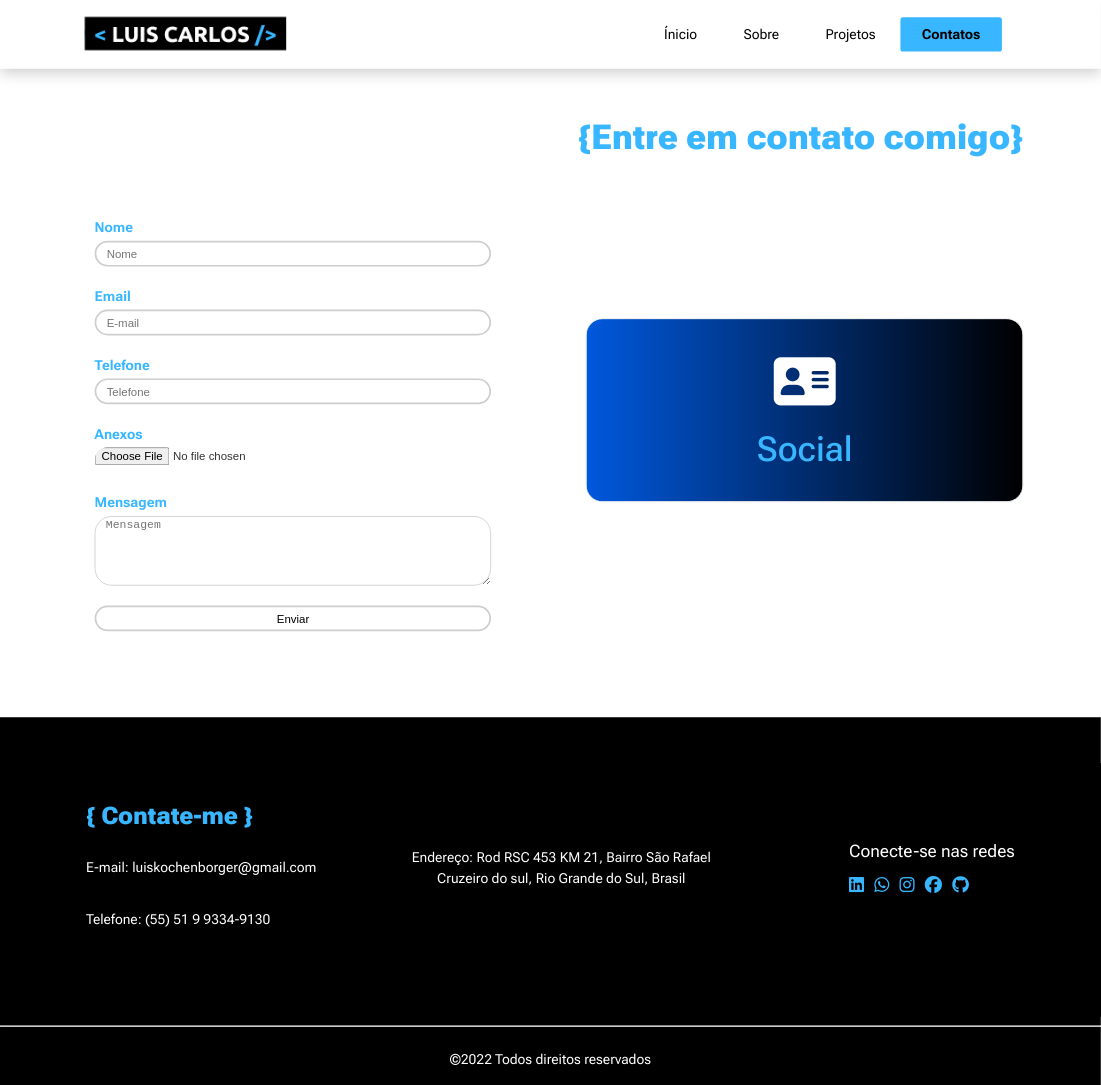
Repository: Iluiscarlos/SitePortifolio
Page: contacts.html
An editor plug-in stored every save of this project. The page is shown before and after the next save, followed by the edit.
The browser window is 1280 px wide. The pictures show the whole page, at 86% of full size.
Some web libraries are served in a nearby version.

Above is the page before, as saved 2022-05-25 17:22:28.

### contacts.html
<!DOCTYPE html>
<html lang="pt-BR">

<head>
    <meta charset="UTF-8">
    <meta name="viewport" content="width=device-width, initial-scale=1.0">
    <meta http-equiv="X-UA-Compatible" content="ie=edge">
    <title>Luís Carlos</title>
    <link rel="stylesheet" href="Styles/base/reset.css">
    <link rel="stylesheet" href="Styles/base/variables.css">
    <link rel="stylesheet" href="Styles/base/base.css">
    <link rel="stylesheet" href="Styles/layout/header.css">
    <link rel="stylesheet" href="Styles/layout/about.css">
    <link rel="stylesheet" href="Styles/layout/footer.css">
    <link rel="stylesheet" href="Styles/layout/contacts.css">
    <link rel="stylesheet" href="Styles/components/icon.css">
    <script src="https://kit.fontawesome.com/2c48374459.js" crossorigin="anonymous"></script>
    <link rel="preconnect" href="https://fonts.googleapis.com">
    <link rel="preconnect" href="https://fonts.gstatic.com" crossorigin>
    <link
        href="https://fonts.googleapis.com/css2?family=Roboto+Flex:opsz,wght@8..144,100;8..144,200;8..144,300;8..144,400;8..144,500;8..144,600;8..144,700;8..144,800;8..144,900&display=swap"
        rel="stylesheet">
</head>

<body>
    <header class="header">
        <div class="container">
        <img src="icons/logo.png" class="header__logo">
        <nav class="menu__item">
            <a href="index.html" class="menu__item">Ínicio</a>
            <a href="about.html" class="menu__item">Sobre</a>
            <a href="projects.html" class="menu__item">Projetos</a>
            <a href="contacts.html" target="_self" class=" menu__item menu__item--active">Contatos</a>
        </nav>
        </div>
    </header>
    <main class="container">
    <h1 class="about__tittle">{Entre em contato comigo}</h1>
    <section class="inbox">
        <div class="inbox__add">
        <form>
            <label for=name>Nome</label><br>
            <input class="form-item" type="text" id="name" name="name" placeholder="Nome">
            <br>
            <label for="email">Email</label><br>
            <input class="form-item" type="email" id="email" name="email" placeholder="E-mail">
            <br>
            <label for="phone">Telefone</label><br>
            <input class="form-item" type="tel" id="phone" name="phone" placeholder="Telefone">
            <br>
            <label for="attachments">Anexos</label><br>
            <input class="form-item" type="file" id="attachments" name="attachments">
            <br>
            <label for="message">Mensagem</label><br>
            <textarea class="form-item" id="message" name="message" rows="5" placeholder="Mensagem"></textarea>
            <input class="form-item" type="submit" value="Enviar">
        </form>
        </div>
        <div class="social">
        <div class="icon__large">
            <i class="fa-solid fa-address-card"></i>
        </div>
        <h1 class="subtitle">Social</h1>
        </div>
    </section>
</main>
    <footer>
        <section class="andress">
            <div class="andress__contacts">
                <h1 class="andress__contacts-tittle">{ Contate-me }</h1>
                <a class="contacts" href="mailto:luiskochenborger@gmail.com">E-mail: luiskochenborger@gmail.com</a>
                <a class="contacts" href="tel:+55051993349130">Telefone: (55) 51 9 9334-9130</a>
            </div>
            <address class="andress__add">
                Endereço: Rod RSC 453 KM 21, Bairro São Rafael<br>
                Cruzeiro do sul, Rio Grande do Sul, Brasil
            </address>
            <div class="andress__rede">
                <h1 id="andress__rede">Conecte-se nas redes</h1>
                <br>
                <a class="icon__small" href="https://www.linkedin.com/in/luis-carlos-kochenborger" target="_blank"><i
                        class="fa-brands fa-linkedin"></i></a>
                <a class="icon__small" href="https://api.whatsapp.com/send?phone=5551993349130&text=Contate-me"
                    target="_blank"><i class="fa-brands fa-whatsapp"></i></a>
                <a class="icon__small" href="https://www.instagram.com/iluis.kochenborger/" target="_blank"><i
                        class="fa-brands fa-instagram"></i></a>
                <a class="icon__small" href="https://www.facebook.com/luiscarlos.kochenborger/" target="_blank"><i
                        class="fa-brands fa-facebook"></i></a>
                <a class="icon__small" href="https://github.com/Iluiscarlos" target="_blank"><i
                        class="fa-brands fa-github"></i></a>
            </div>
        </section>
        <hr>
            <span class="footer__copy">
                &copy;2022 Todos direitos reservados
            </span>
        </footer>
    </body>
    </html>
</body>
</html>

### Styles/base/variables.css
:root{
    --color-red: #F41B3B;
    --color-green: #1EBC99;
    --color-blue: #38b6ff;
    --color-blue1: #0058dd;
    --color-purple:#6b009d;
    --color-yellow: #F9CC0D;
    --color-white: #ffffff;
    --color-black: #000000;
    --color-black1: #333;
    --color-darken-gray: #363536;
    --color-light-gray: #807E81;
    --color-gray: #4f4e50;
    --color-fa: #fafafa;
    --color-ea: #eaeaea;
    --color-cece: #cecece;

--font-family-Roboto:"Roboto Flex", 'Sans serif';
--font-size-default: 16px;
--border-radius-default:3px;

--font-family-primary: var(--font-family-Roboto);
}

### Styles/base/base.css
body {
    font-family: var(--font-family-primary);
    font-size: var(--font-size-default);
    background-color:  var(--color-white);
    color: var(--color-black1);
}


.divisor{
    size: 1;
    width: 100%;
}

.container {
    width: 1100px;
    max-width: 100%;
    margin-left: auto;
    margin-right: auto;
    margin-bottom: 60px;
  }

### Styles/layout/header.css
.header{
    position: fixed;
    height: 80px;
    font-size: 16px;
    background-color: var(--color-white);
    box-shadow: 0 5px 1em #cecece;
    top: 0;
    left: 0;
    right: 0;
}

.header .container{
    display: flex;
    align-items: center;
    height: 100%;
}
.menu__item{
    display: inline-block;
    padding: 0 25px 0;
    text-decoration: none;
    /*border-right: 2px solid var(--color-blue);*/
    color: var(--color-black);
    margin-left: auto;
}

.menu__item--active{
    color: var(--color-black);
    display: inline-block;
    text-align: center;
    font-weight: bold;
    line-height: 40px;
    border-radius: 3px;
    background: var(--color-blue);
}

/*.menu__item:last-child{
    border-right: none;
}*/

.header__logo{
    width: 250px;
}


@media only screen and (max-width: 480px){
    .header{
    display: block;
    position: fixed;
    top: 60px;
    left: 0;
    right: 0;
    bottom: 0;
    background-color: pink;
    transform: translateX(-100%);

}


    .header__menu::-webkit-scrollbar{
        width: 0;
        height: 0;
    }

    .menu__item{
        display: block;
        margin: 20px 0;
    }

}

### Styles/layout/about.css
.about{
    display: flex;
}

.about__photo{
    width: 400px;
    height: 500px;
    padding-top: 280px;
    padding-right: 50px;
    vertical-align: middle;
    object-fit: cover;
}


.about__tittle{
    color: var(--color-blue);
    font-size: 40px;
    font-weight:900;
    padding-top: 140px;
    text-align: end;
}


.about__content{
    font-family: var(--font-family-primary);
    font-size: 18px;
    padding-top: 30px;
    text-align: justify;
    line-height: 1.25;
}


a{
    text-decoration: none;
}

.bold__blue{
    font-weight: bold;
    color: var(--color-blue);
}

.bold__black{
    font-weight: bold;
    color: var(--color-black);
}


.experience{
    display: flex;
    flex-direction: column;
}

.subtitle{
    color: var(--color-blue);
    font-size: 40px;
    font-weight:500;
    padding-top: 25px;
    text-align: center;
    vertical-align:top;
}

.experience__list{
    text-align: justify;
    font-size: 18px;
    font-weight: 400;
    line-height: 25px;
}

.experience__edu{
    text-align: justify;
    font-size: 18px;
    font-weight: 400;
    line-height: 25px;
}

### Styles/layout/footer.css
footer{
display: block;
background-color: var(--color-black);
}

.andress {
    display: flex;
    height: 350px;
    color: var(--color-white);
    align-items: center;
    justify-content: space-between;
    padding-left: 100px;
}


.andress__contacts{
    display: block;
    font-size: var(--font-size-default);
    line-height: 60px;
}

.andress__contacts-tittle{
    color: var(--color-blue);
    font-size: 28px;
    font-weight: 900;

}


.contacts{
    display: block;
    text-decoration: none;
    color: var(--color-white);
}

.andress__rede{
    display: block;
    font-size: 20px;
    padding-left: 150px;
    padding-right: 100px;
}

.andress__add{
    line-height: 25px;
    padding-left: 100px;
    text-align:center;
}


.footer__copy{
    display: flex;
    height: 60px;
    font-size: var(--font-size-default);
    color: var(--color-white);
    text-align: center;
    justify-content:center;
    align-items: center;
}

### Styles/layout/contacts.css
.inbox{
    display: flex;
    align-items: center;
}

.inbox__add{
    padding-top: 50px;
    width: 50%;
}

.form-item {
    width: 100%;
    min-height: 30px;
    margin-bottom: 20px;
    box-sizing: border-box;
    border-radius: 20px;
    border-style:solid;
    border-color: var(--color-cece);
}

.form__item textarea{
    border-style:solid;
    border-color: var(--color-black);
}
.form-item::placeholder{
    padding-left: 10px;
}

.form-item#attachments{
    border-style: none;
}

form{
   /* box-sizing: border-box;
    background-color: var(--color-fa);
    border: 1px solid var(--color-ea);*/
    padding: 20px;
    border-radius: 6px;
}


label{
    color: var(--color-blue);
    font-weight: bold;
    width: 500px;
    line-height: 30px;

}


input{
    background-color: var(--color-white);
}


.social{
    text-align: center;
    width: 50%;
    box-sizing: border-box;
    padding: 40px;
    margin-left: 90px;
    background-image: linear-gradient(to right, var(--color-blue1), var(--color-black));
    border: 1px solid var(--color-ea);
    border-radius: 20px;
}

.buttom{
    width:40%;
    height:40px;
    font-size: 16px;
    color: var(--color-black);
    background-color: var(--color-blue);
    border-radius:10px;
    margin-top: 20px;
    border-style: none;
    text-decoration: none;
}

### Styles/components/icon.css
.icon__large{
    font-size: 4em;
    color: var(--color-blue1);
    text-align: center;
}

.icon__large:last-child{
    text-align: end;
}

.social .icon__large{
    color: var(--color-white);
}

.icon__medium{
    text-decoration: none;
    font-size: 2em;
    color: var(--color-white);
    letter-spacing: 15px;
}

.icon__small{
    text-decoration: none;
    text-align: end;
    font-size: 1em;
    color: var(--color-blue);
    letter-spacing: 7px;
}

.icon__small i:hover{
    transform: translateX(1px) rotate(10deg) translateY(0.3px) scale(1.2);
    transition-duration: 1000ms;
}

.icon__medium i:hover{
    transform: translateX(1px) rotate(10deg) translateY(0.3px) scale(1.2);
    transition-duration: 1000ms;
}

Loaded but not shown: Styles/base/reset.css (common file)

After the next save:
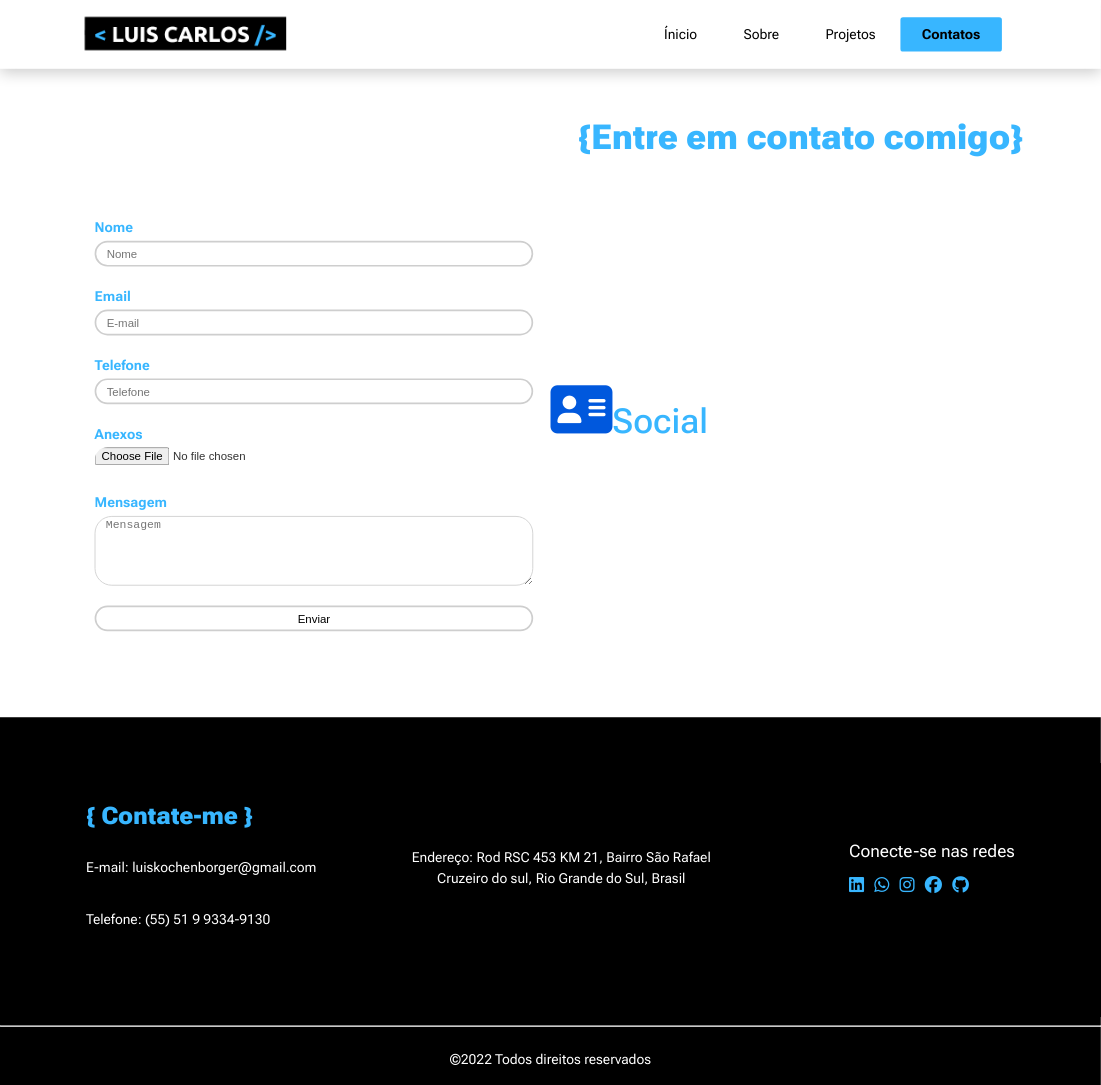
Saved 106 s later.
--- a/contacts.html
+++ b/contacts.html
@@ -56,7 +56,6 @@
             <input class="form-item" type="submit" value="Enviar">
         </form>
         </div>
-        <div class="social">
         <div class="icon__large">
             <i class="fa-solid fa-address-card"></i>
         </div>
